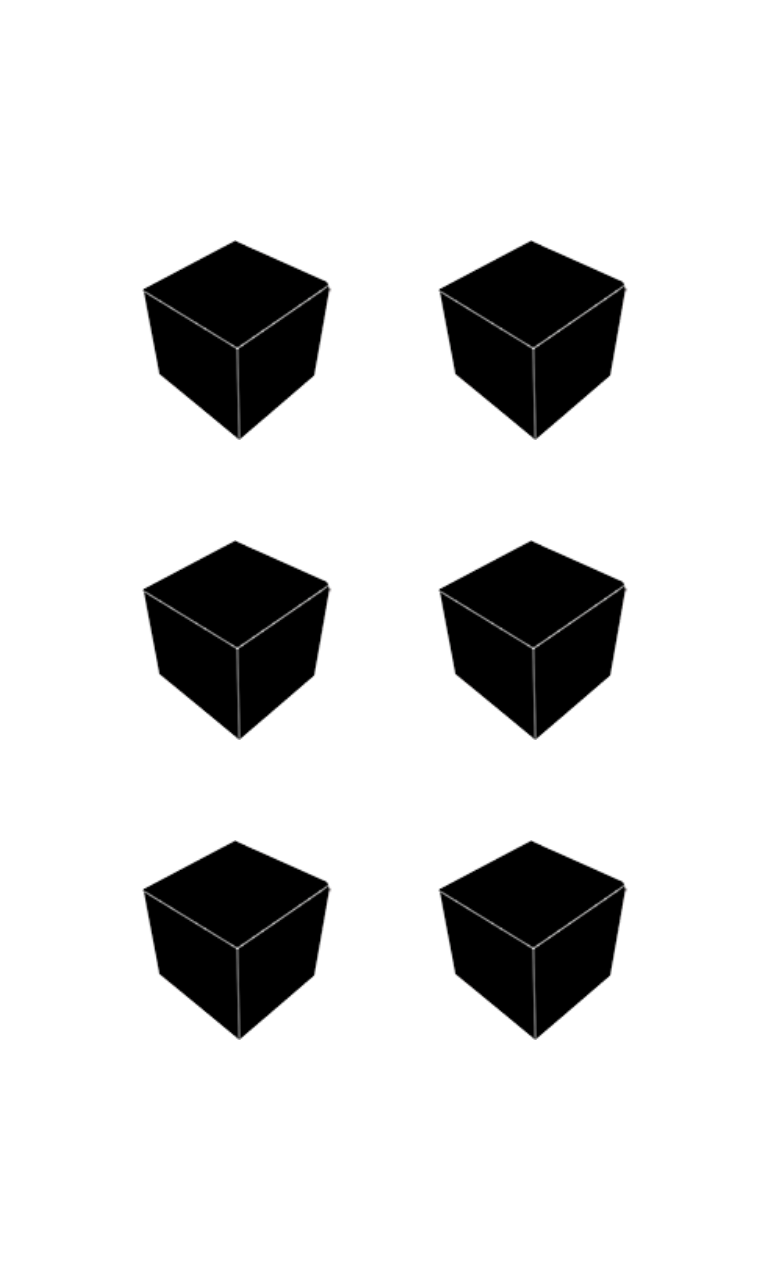
Repository: DSKarramba/university
Layout: models_and_methods_ICS/lab_01/code/calc/res/layout/activity_main.xml
The author's editor kept a copy of each file at every save. The layout is drawn from the files as they stood at one save, then again after the next save.
It is drawn on a 768 x 1280 px phone screen (xhdpi) without system bars, with theme AppTheme; the app's code is not run.

Above is the layout before, as saved 2014-12-11 03:47:14.

After the next save:
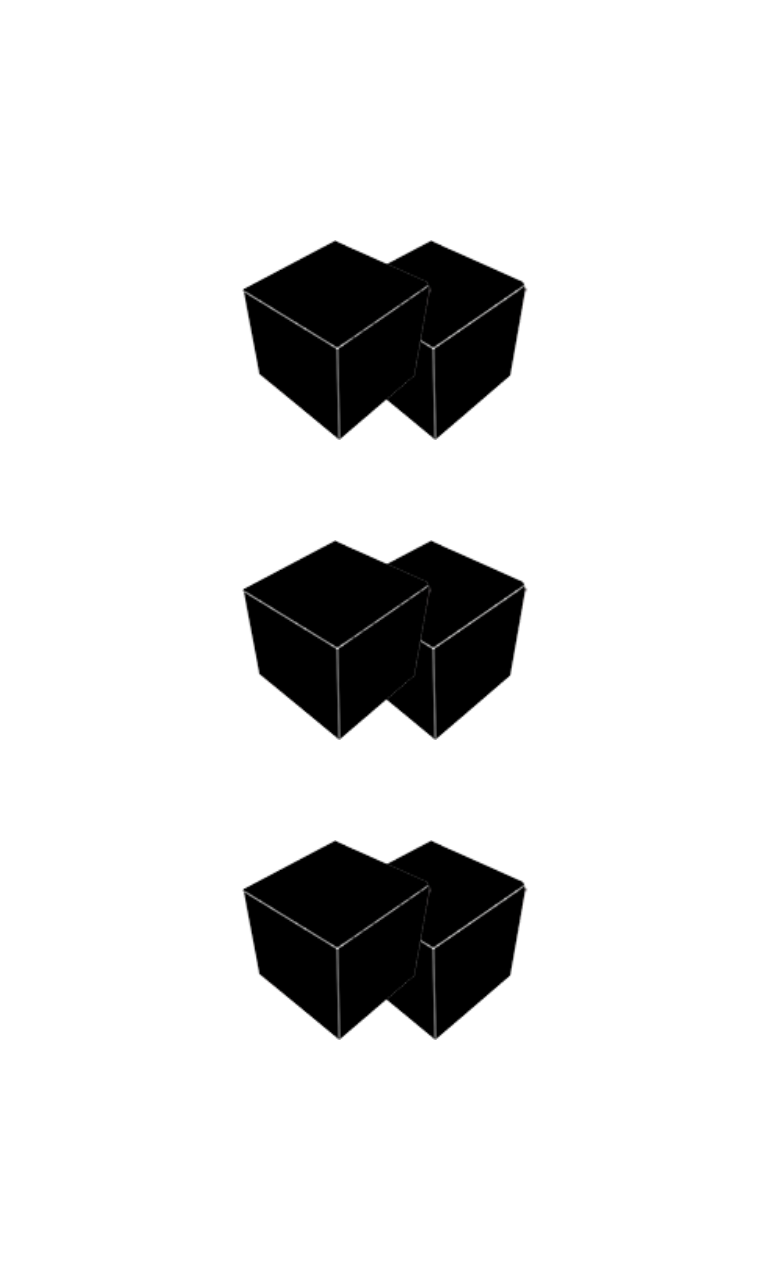
Saved 75 s later.
--- a/models_and_methods_ICS/lab_01/code/calc/res/layout/activity_main.xml
+++ b/models_and_methods_ICS/lab_01/code/calc/res/layout/activity_main.xml
@@ -39,7 +39,7 @@
         android:layout_height="100dp"
         android:layout_alignParentLeft="true"
         android:layout_centerVertical="true"
-        android:layout_marginLeft="200dp"
+        android:layout_marginLeft="150dp"
         android:background="@android:color/transparent"
         android:contentDescription="@string/str_box"
         android:scaleType="fitCenter"
@@ -51,7 +51,7 @@
         android:layout_height="100dp"
         android:layout_alignParentRight="true"
         android:layout_centerVertical="true"
-        android:layout_marginRight="200dp"
+        android:layout_marginRight="150dp"
         android:background="@android:color/transparent"
         android:contentDescription="@string/str_box"
         android:scaleType="fitCenter"
